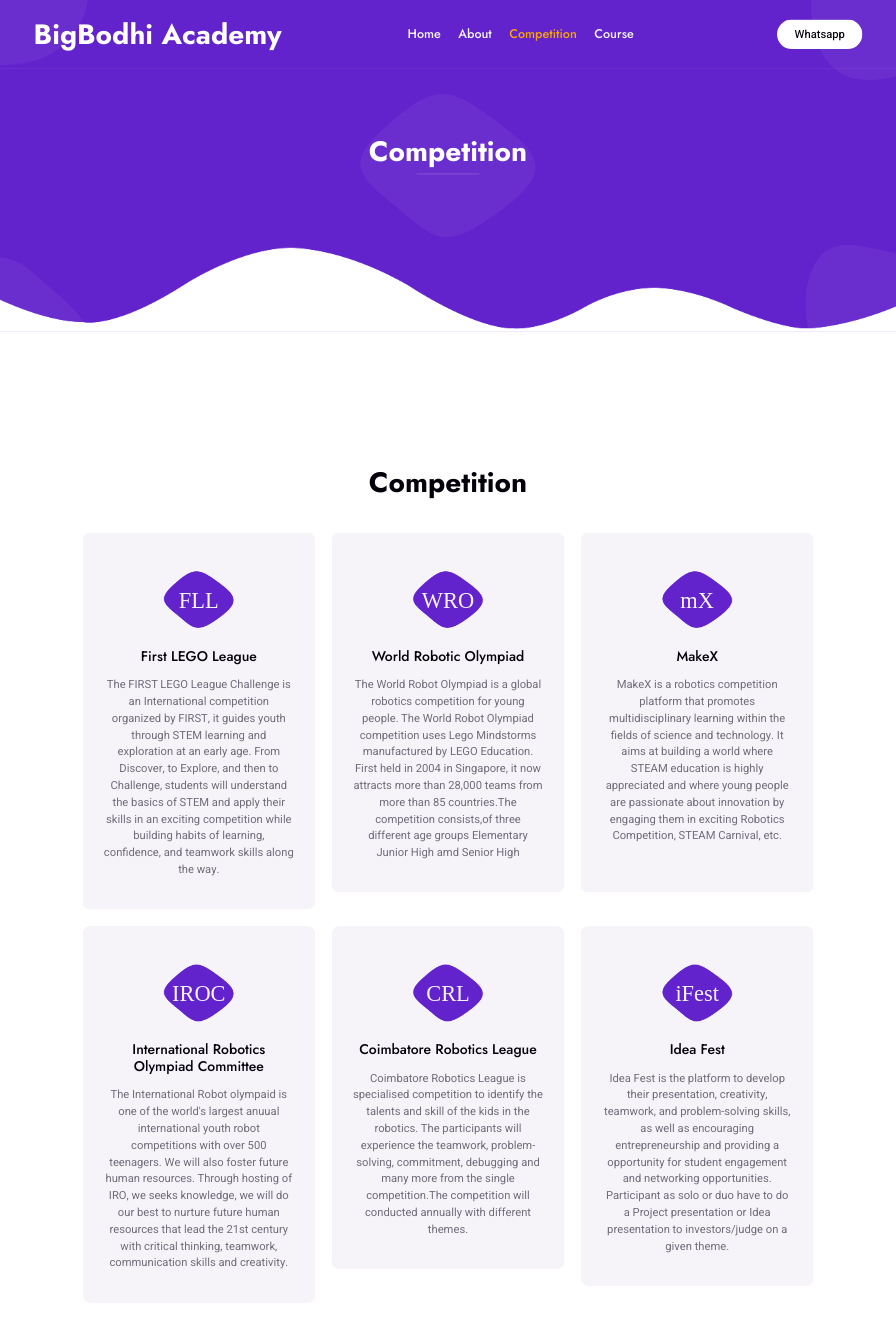
Repository: sabithaece/sab-006
Page: competition.html
These files come from the project's save history. The page is drawn as it stood at one moment and after the next save; the edit follows.
The browser window is 1280 px wide. The pictures show the part of the page from y = 0 to 1920 px (the page is 2646 px tall), at 70% of full size.
A picture or video elsewhere on the page could not be fetched, so the positions and the page height are approximate. Some web libraries are served in a nearby version.

Above is the page before, as saved 2023-04-08 15:08:07.

### competition.html
<!DOCTYPE html>
<html lang="en">

<head>
    <meta charset="utf-8">
    <title>BigBodhi Academy </title>
    <meta content="width=device-width, initial-scale=1.0" name="viewport">
    <meta content="" name="keywords">
    <meta content="" name="description">

    <!-- Favicon -->
     <link href="img/logo.jpg" rel="icon">

    <!-- Google Web Fonts -->
    <link rel="preconnect" href="https://fonts.googleapis.com">
    <link rel="preconnect" href="https://fonts.gstatic.com" crossorigin>
    <link href="https://fonts.googleapis.com/css2?family=Heebo:wght@400;500&family=Jost:wght@500;600;700&display=swap" rel="stylesheet">

    <!-- Icon Font Stylesheet -->
    <link href="https://cdnjs.cloudflare.com/ajax/libs/font-awesome/5.10.0/css/all.min.css" rel="stylesheet">
    <link href="https://cdn.jsdelivr.net/npm/bootstrap-icons@1.4.1/font/bootstrap-icons.css" rel="stylesheet">

    <!-- Libraries Stylesheet -->
    <link href="lib/animate/animate.min.css" rel="stylesheet">
    <link href="lib/owlcarousel/assets/owl.carousel.min.css" rel="stylesheet">
    <link href="lib/lightbox/css/lightbox.min.css" rel="stylesheet">

    <!-- Customized Bootstrap Stylesheet -->
    <link href="css/bootstrap.min.css" rel="stylesheet">

    <!-- Template Stylesheet -->
    <link href="css/style.css" rel="stylesheet">
</head>

<body>
    <div class="container-xxl bg-white p-0">
        <!-- Spinner Start -->
        <div id="spinner" class="show bg-white position-fixed translate-middle w-100 vh-100 top-50 start-50 d-flex align-items-center justify-content-center">
            <div class="spinner-grow text-primary" style="width: 3rem; height: 3rem;" role="status">
                <span class="sr-only">Loading...</span>
            </div>
        </div>
        <!-- Spinner End -->


        <!-- Navbar & Hero Start -->
        <div class="container-xxl position-relative p-0">
            <nav class="navbar navbar-expand-lg navbar-light px-4 px-lg-5 py-3 py-lg-0">
                <a href="" class="navbar-brand p-0">
                    <h1 class="m-0">BigBodhi Academy</h1>
                    <!-- <img src="img/logo.png" alt="Logo"> -->
                </a>
                <button class="navbar-toggler" type="button" data-bs-toggle="collapse" data-bs-target="#navbarCollapse">
                    <span class="fa fa-bars"></span>
                </button>
                <div class="collapse navbar-collapse" id="navbarCollapse">
                    <div class="navbar-nav mx-auto py-0">
                        <a href="index.html" class="nav-item nav-link">Home</a>
                        <a href="about.html" class="nav-item nav-link">About</a>
                        <a href="competition.html" class="nav-item nav-link active">Competition</a>
                        <a href="course.html" class="nav-item nav-link">Course</a>
                        <!-- <div class="nav-item dropdown"> -->
                            <!-- <a href="#" class="nav-link dropdown-toggle" data-bs-toggle="dropdown">Pages</a> -->
                            <!-- <div class="dropdown-menu m-0"> -->
                                <!-- <a href="team.html" class="dropdown-item">Our Team</a> -->
                                <!-- <a href="testimonial.html" class="dropdown-item">Testimonial</a> -->
                                <!-- <a href="404.html" class="dropdown-item">404 Page</a> -->
                            <!-- </div> -->
                        <!-- </div> -->
                        <!-- <a href="contact.html" class="nav-item nav-link">Contact</a> -->
                    </div>
                    <a href="https://wa.me/+919841013505" class="btn rounded-pill py-2 px-4 ms-3 d-none d-lg-block">Whatsapp</a>
                </div>
            </nav>

            <div class="container-xxl py-5 bg-primary hero-header">
                <div class="container my-5 py-5 px-lg-5">
                    <div class="row g-5 py-5">
                        <div class="col-12 text-center">
                            <h1 class="text-white animated slideInDown">Competition</h1>
                            <hr class="bg-white mx-auto mt-0" style="width: 90px;">
                            <nav aria-label="breadcrumb">
                                <ol class="breadcrumb justify-content-center">
<!--                                     <li class="breadcrumb-item"><a class="text-white" href="#">Home</a></li> -->
<!--                                     <li class="breadcrumb-item"><a class="text-white" href="#">Pages</a></li> -->
<!--                                     <li class="breadcrumb-item text-white active" aria-current="page">Competition</li> -->
                                </ol>
                            </nav>
                        </div>
                    </div>
                </div>
            </div>
        </div>
        <!-- Navbar & Hero End -->


       <!-- Service Start -->
        <div class="container-xxl py-5">
            <div class="container py-5 px-lg-5">
                <div class="wow fadeInUp" data-wow-delay="0.1s">

                    <h1 class="text-center mb-5">Competition</h1>
                </div>
                <div class="row g-4">
                    <div class="col-lg-4 col-md-6 wow fadeInUp" data-wow-delay="0.1s">
                        <div class="service-item d-flex flex-column text-center rounded">
                            <div class="service-icon flex-shrink-0">
                                 <i class="fab  fa-2x">FLL</i>
                            </div>
                            <h5 class="mb-3">First LEGO League</h5>
                            <p class="m-0">The FIRST LEGO League Challenge is an International competition organized by FIRST, it guides youth through STEM learning and exploration at an early age. From Discover, to Explore, and then to Challenge, students will understand the basics of STEM and apply their skills in an exciting competition while building habits of learning, confidence, and teamwork skills along the way.<br></p>


                            <a class="btn btn-square" href=""><i class="fa fa-arrow-right"></i></a>
                        </div>
                    </div>
                    <div class="col-lg-4 col-md-6 wow fadeInUp" data-wow-delay="0.3s">
                        <div class="service-item d-flex flex-column text-center rounded">
                            <div class="service-icon flex-shrink-0">
                                <i class="fab  fa-2x">WRO</i>
                                <!-- <i class="fa fa-laptop-code fa-2x"></i> -->
                            </div>
                            <h5 class="mb-3">World Robotic Olympiad</h5>
                            <p class="m-0"> The World Robot Olympiad is a global robotics competition for young people. The World Robot Olympiad competition uses Lego Mindstorms manufactured by LEGO Education. First held in 2004 in Singapore, it now attracts more than 28,000 teams from more than 85 countries.The competition consists,of three different age groups Elementary Junior High amd Senior High
                            </p>
                            <a class="btn btn-square" href=""><i class="fa fa-arrow-right"></i></a>
                        </div>
                    </div>
                    <div class="col-lg-4 col-md-6 wow fadeInUp" data-wow-delay="0.5s">
                        <div class="service-item d-flex flex-column text-center rounded">
                            <div class="service-icon flex-shrink-0">
                                <i class="fab  fa-2x">mX</i>
                                <!-- <i class="fab fa-facebook-f fa-2x"></i> -->
                            </div>
                            <h5 class="mb-3">MakeX</h5>
                            <p class="m-0">MakeX is a robotics competition platform that promotes multidisciplinary learning within the fields of science and technology. It aims at building a world where STEAM education is highly appreciated and where young people are passionate about innovation by engaging them in exciting Robotics Competition, STEAM Carnival, etc.
                            <br>
                            <br>
                            </p>

                            <a class="btn btn-square" href=""><i class="fa fa-arrow-right"></i></a>
                        </div>
                    </div>
                    <div class="col-lg-4 col-md-6 wow fadeInUp" data-wow-delay="0.1s">
                        <div class="service-item d-flex flex-column text-center rounded">
                            <div class="service-icon flex-shrink-0">
                                <i class="fab  fa-2x">IROC</i>
                                <!-- <i class="fa fa-mail-bulk fa-2x"></i> -->
                            </div>
                            <h5 class="mb-3">International Robotics Olympiad Committee</h5>
                            <p class="m-0">The International Robot olympaid is one of the world's largest anuual international youth robot competitions with over 500 teenagers. We will also foster future human resources. Through hosting of IRO, we seeks knowledge, we will do our best to nurture future human resources that lead the 21st century with critical thinking, teamwork, communication skills and creativity. </p>
                            <a class="btn btn-square" href=""><i class="fa fa-arrow-right"></i></a>
                        </div>
                    </div>
                    <div class="col-lg-4 col-md-6 wow fadeInUp" data-wow-delay="0.3s">
                        <div class="service-item d-flex flex-column text-center rounded">
                            <div class="service-icon flex-shrink-0">
                                <i class="fab  fa-2x">CRL</i>
                                <!-- <i class="fa fa-thumbs-up fa-2x"></i> -->
                            </div>
                            <h5 class="mb-3">Coimbatore Robotics League</h5>
                            <p class="m-0">Coimbatore Robotics League is specialised competition to identify the talents and skill of the kids in the robotics. The participants will experience the teamwork, problem-solving, commitment, debugging and many more from the single competition.The competition will conducted annually with different themes. </p>
                            <a class="btn btn-square" href=""><i class="fa fa-arrow-right"></i></a>
                        </div>
                    </div>
                    <div class="col-lg-4 col-md-6 wow fadeInUp" data-wow-delay="0.5s">
                        <div class="service-item d-flex flex-column text-center rounded">
                            <div class="service-icon flex-shrink-0">
                                <i class="fab  fa-2x">iFest</i>
                                <!-- <i class="fab fa-android fa-2x"></i> -->
                            </div>
                            <h5 class="mb-3">Idea Fest</h5>
                            <p class="m-0">Idea Fest is the platform to develop their presentation, creativity, teamwork, and problem-solving skills, as well as encouraging entrepreneurship and providing a opportunity for student engagement and networking opportunities.
                                Participant as  solo or duo have to do a Project presentation or Idea presentation to investors/judge on a given theme. </p>
                            <a class="btn btn-square" href=""><i class="fa fa-arrow-right"></i></a>
                        </div>
                    </div>
                </div>
            </div>
        </div>


        <!-- Footer Start -->
        <div class="container-fluid bg-primary text-light footer wow fadeIn" data-wow-delay="0.1s">
            <div class="container py-5 px-lg-5">
                <div class="row g-5">
                    <div class="col-md-6 col-lg-4">
                        <p class="section-title text-white h5 mb-4">Address<span></span></p>
                        <p><i class="fa fa-map-marker-alt me-3"></i>BigBodhi Academy,
                            13/23, Ari Garden,
                            Nehru Nagar,
                            Coimbatore-48
                            </p>
                            <p><i href="tel:+919841013505" class="fa fa-phone-alt me-3"></i>+91 984 1013 505</p>
                        <p><i class="fa fa-envelope me-3"></i>bigbodhiacademy@gmail</p>
                        <div class="d-flex pt-2">
                            <a class="btn btn-outline-light btn-social" href=""><i class="fab fa-twitter"></i></a>
                            <a class="btn btn-outline-light btn-social" href=""><i class="fab fa-facebook-f"></i></a>
                            <a class="btn btn-outline-light btn-social" href=""><i class="fab fa-instagram"></i></a>
                            <a class="btn btn-outline-light btn-social" href=""><i class="fab fa-linkedin-in"></i></a>
                        </div>
                    </div>
                    <div class="col-md-6 col-lg-4">
                        <p class="section-title text-white h5 mb-4">Quick Link<span></span></p>
                        <a class="btn btn-link" >About Us</a>
                        <a class="btn btn-link" >Contact Us</a>
                        <a class="btn btn-link" >Privacy Policy</a>
                        <a class="btn btn-link" >Terms & Condition</a>
                        <a class="btn btn-link" >Career</a>
                    </div>
                     <div class="col-md-6 col-lg-4">
                        <p class="section-title text-white h5 mb-4">Gallery<span></span></p>
                        <div class="row g-2">
                            <div class="col-4">
                                <img class="img-fluid" src="rewards/1.jpg" alt="Image">
                            </div>
                            <div class="col-4">
                                <img class="img-fluid" src="rewards/2.jpg" alt="Image">
                            </div>
                            <div class="col-4">
                                <img class="img-fluid" src="rewards/3.jpg" alt="Image">
                            </div>
                            <div class="col-4">
                                <img class="img-fluid" src="rewards/4.jpg" alt="Image">
                            </div>
                            <div class="col-4">
                                <img class="img-fluid" src="rewards/5.jpg" alt="Image">
                            </div>
                            <div class="col-4">
                                <img class="img-fluid" src="rewards/6.jpg" alt="Image">
                            </div>
                            <div class="col-4">
                                <img class="img-fluid" src="rewards/7.jpg" alt="Image">
                            </div>
                            <div class="col-4">
                                <img class="img-fluid" src="rewards/8.jpg" alt="Image">
                            </div>
                            <div class="col-4">
                                <img class="img-fluid" src="rewards/9.jpg" alt="Image">
                            </div>
                        </div>
                    </div>
                </div>
            </div>
            <div class="container px-lg-5">
                <div class="copyright">
                    <div class="row">
                        <div class="col-md-6 text-center text-md-start mb-3 mb-md-0">
                            &copy; <a class="border-bottom" href="#">Bigbodhiacademy.com</a>, All Right Reserved.


<!--                             Designed By <a class="border-bottom" href="#">HTML Codex</a><br><br> -->

                        </div>
                        <div class="col-md-6 text-center text-md-end">
                            <div class="footer-menu">
                                <a>Home</a>
                                <a>Cookies</a>
                                <a>Help</a>
                                <a>FQAs</a>
                            </div>
                        </div>
                    </div>
                </div>
            </div>
        </div>
        <!-- Footer End -->


        <!-- Back to Top -->
        <a href="#" class="btn btn-lg btn-secondary btn-lg-square back-to-top"><i class="bi bi-arrow-up"></i></a>
    </div>

    <!-- JavaScript Libraries -->
    <script src="https://code.jquery.com/jquery-3.4.1.min.js"></script>
    <script src="https://cdn.jsdelivr.net/npm/bootstrap@5.0.0/dist/js/bootstrap.bundle.min.js"></script>
    <script src="lib/wow/wow.min.js"></script>
    <script src="lib/easing/easing.min.js"></script>
    <script src="lib/waypoints/waypoints.min.js"></script>
    <script src="lib/counterup/counterup.min.js"></script>
    <script src="lib/owlcarousel/owl.carousel.min.js"></script>
    <script src="lib/isotope/isotope.pkgd.min.js"></script>
    <script src="lib/lightbox/js/lightbox.min.js"></script>

    <!-- Template Javascript -->
    <script src="js/main.js"></script>
</body>

</html>

Loaded but not shown: lib/animate/animate.min.css (library); lib/owlcarousel/assets/owl.carousel.min.css (common file); lib/lightbox/css/lightbox.min.css (common file); css/bootstrap.min.css (library); lib/wow/wow.min.js (library); lib/easing/easing.min.js (common file); lib/waypoints/waypoints.min.js (library); lib/counterup/counterup.min.js (common file); lib/owlcarousel/owl.carousel.min.js (library); lib/isotope/isotope.pkgd.min.js (library); lib/lightbox/js/lightbox.min.js (library); js/main.js (93 lines, source omitted); css/style.css (591 lines, source omitted)

After the next save:
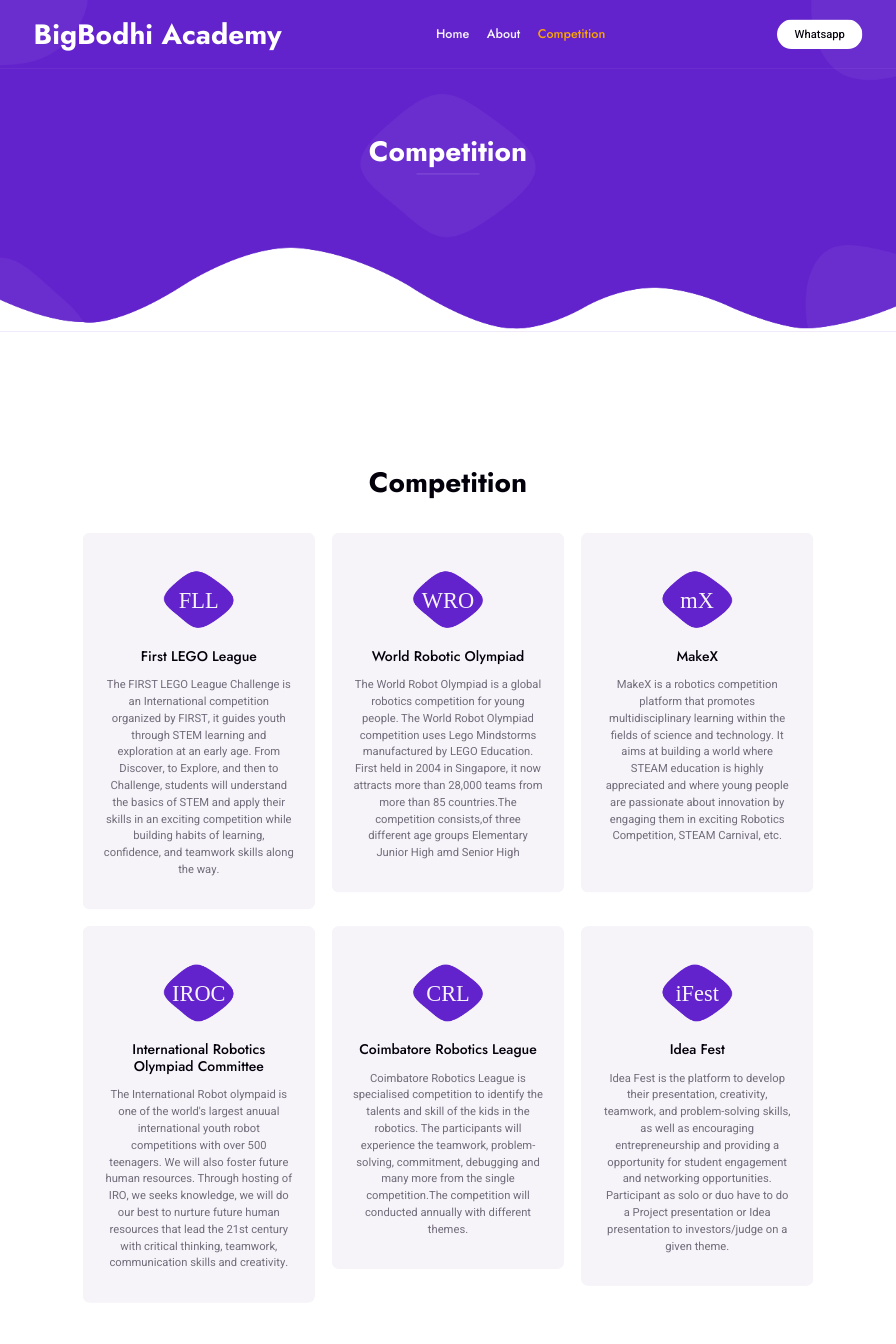
Saved 16 s later.
--- a/competition.html
+++ b/competition.html
@@ -58,7 +58,7 @@
                         <a href="index.html" class="nav-item nav-link">Home</a>
                         <a href="about.html" class="nav-item nav-link">About</a>
                         <a href="competition.html" class="nav-item nav-link active">Competition</a>
-                        <a href="course.html" class="nav-item nav-link">Course</a>
+                        <!-- <a href="course.html" class="nav-item nav-link">Course</a> -->
                         <!-- <div class="nav-item dropdown"> -->
                             <!-- <a href="#" class="nav-link dropdown-toggle" data-bs-toggle="dropdown">Pages</a> -->
                             <!-- <div class="dropdown-menu m-0"> -->
